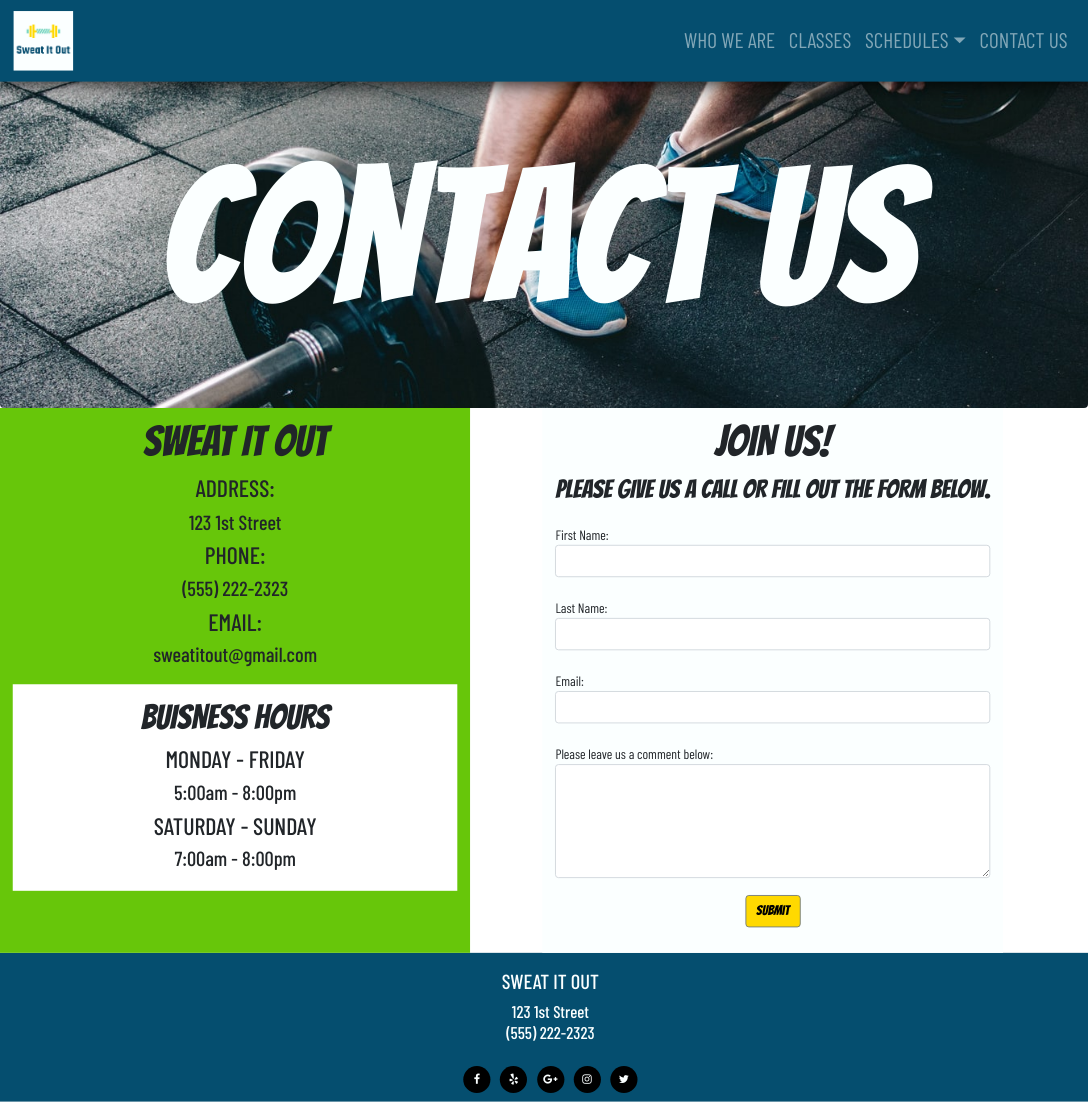
Repository: amybru/sweatitout
Page: contact.html
The author's editor kept a record of every edit. The page is drawn from the files as they stood at one moment, then again after the next edit.
The browser window is 1280 px wide. The pictures show the whole page, at 85% of full size.
Some web fonts or font styles are not loaded; a fallback is used. Some web libraries are served in a nearby version.

Above is the page before.

After the next edit:
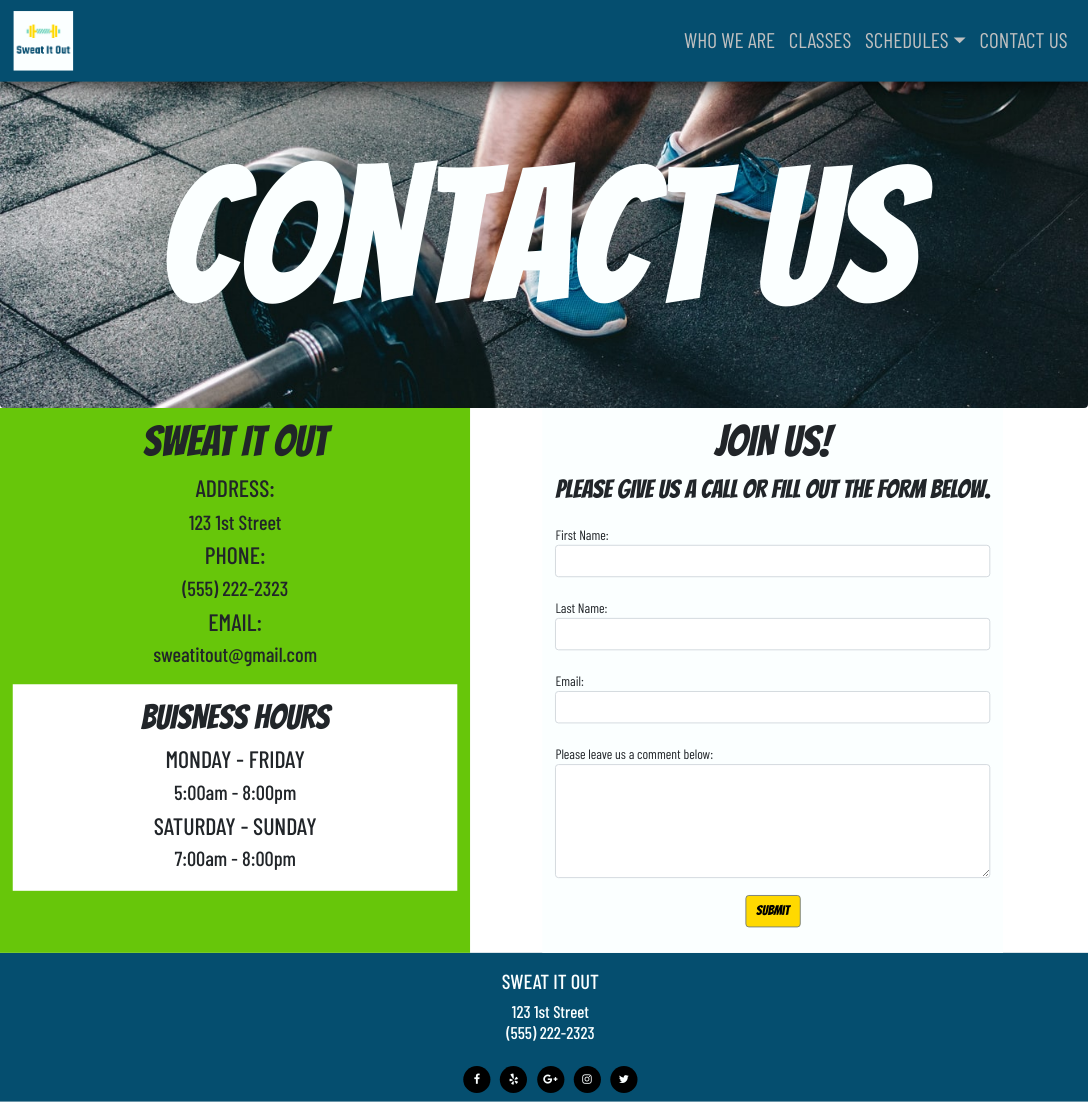
The edit:
--- a/css/style.css
+++ b/css/style.css
@@ -97,7 +97,9 @@
 }
 
 /* ----------------------------------------Navbar*/
-
+.navbar-dark .navbar-nav .nav-link {
+  color: silver;
+}
 nav {
     background-color: #054e6f;
     position: fixed;

After the edit that followed:
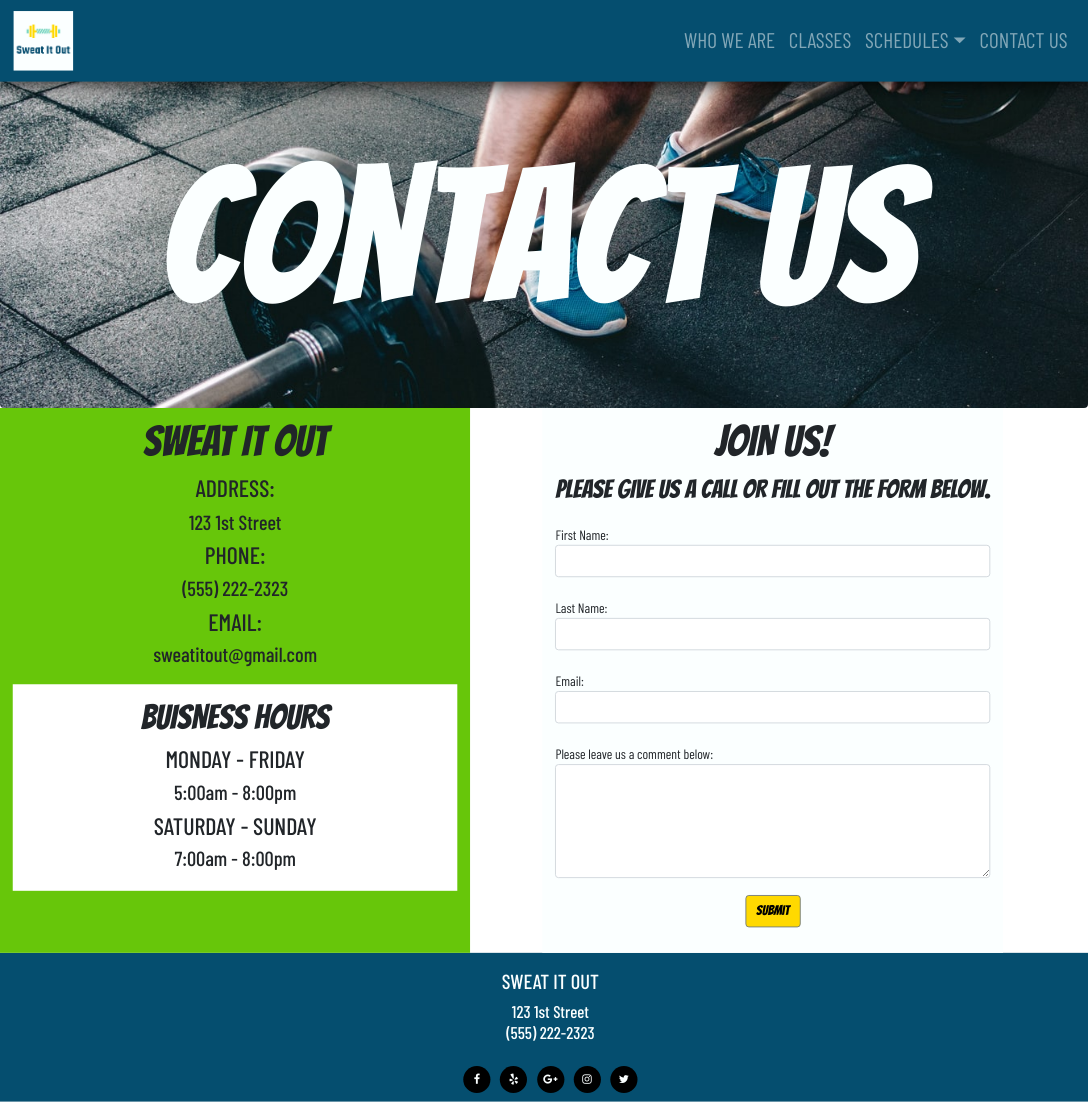
The edit:
--- a/css/style.css
+++ b/css/style.css
@@ -97,9 +97,7 @@
 }
 
 /* ----------------------------------------Navbar*/
-.navbar-dark .navbar-nav .nav-link {
-  color: silver;
-}
+
 nav {
     background-color: #054e6f;
     position: fixed;
